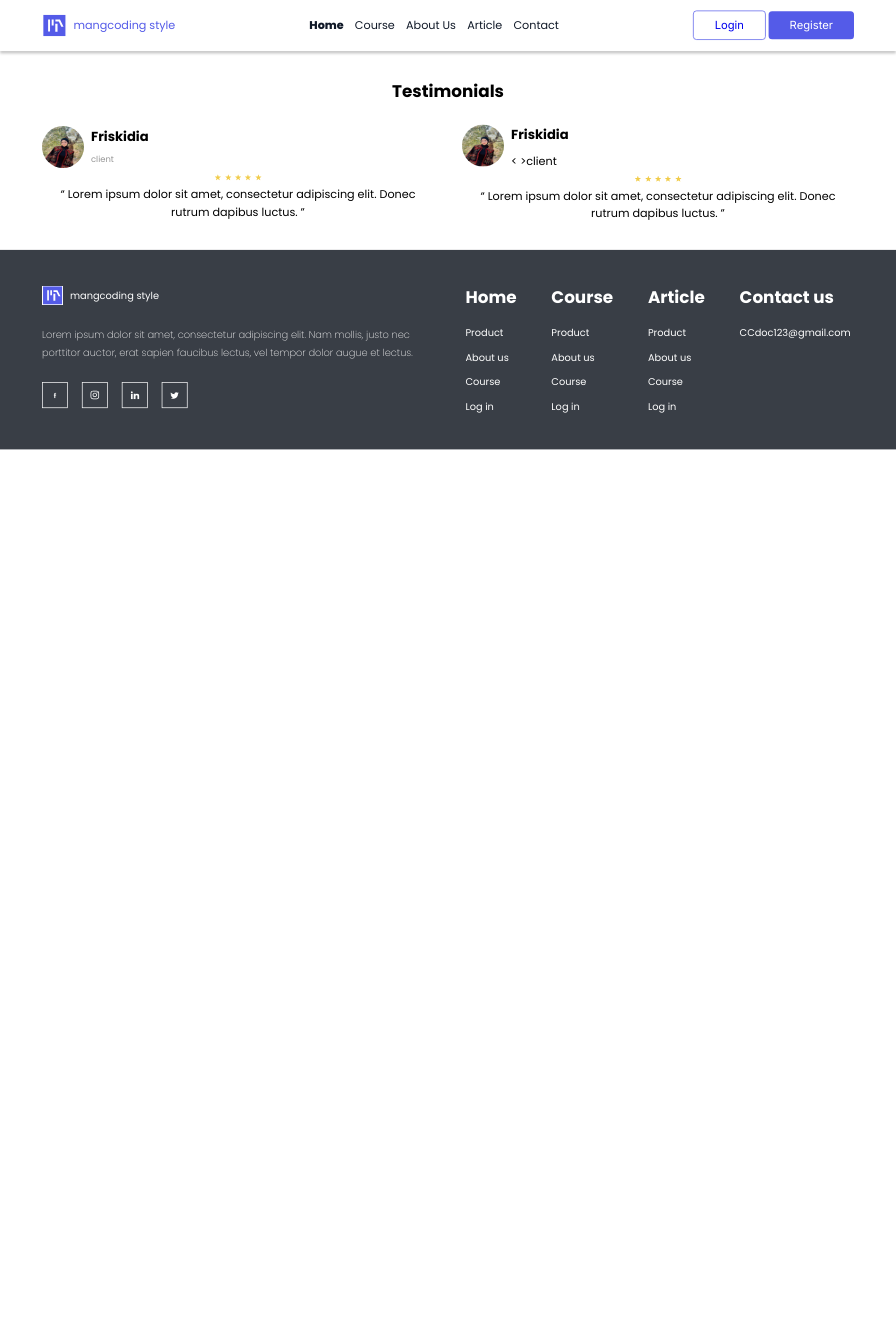
Repository: Dania-Alqam/landing-page
Page: index.html
These files come from the project's save history. The page is drawn as it stood at one moment and after the next save; the edit follows.
The browser window is 1280 px wide. The pictures show the part of the page from y = 0 to 1920 px (the page is 5000 px tall), at 70% of full size.

Above is the page before, as saved 2024-06-22 13:30:32.

After the next save:
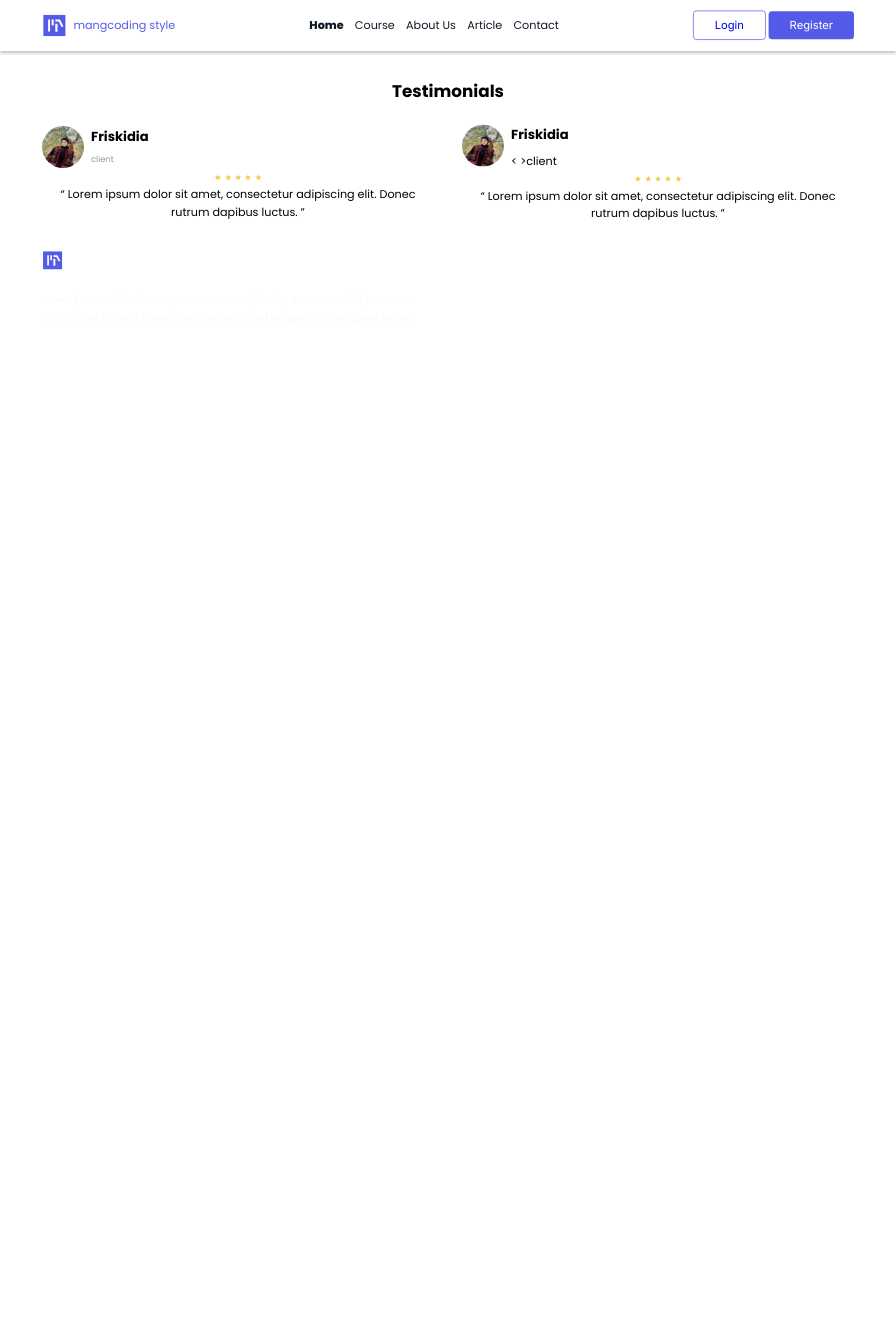
Saved 51 s later.
--- a/assests/css/main.css
+++ b/assests/css/main.css
@@ -97,6 +97,8 @@
     font-size: 12px;
     color: #969696;
 }
+
+testimonial
 /* start footer */
 .footer {
   background-color: #393e46;

After the 3 saves that followed:
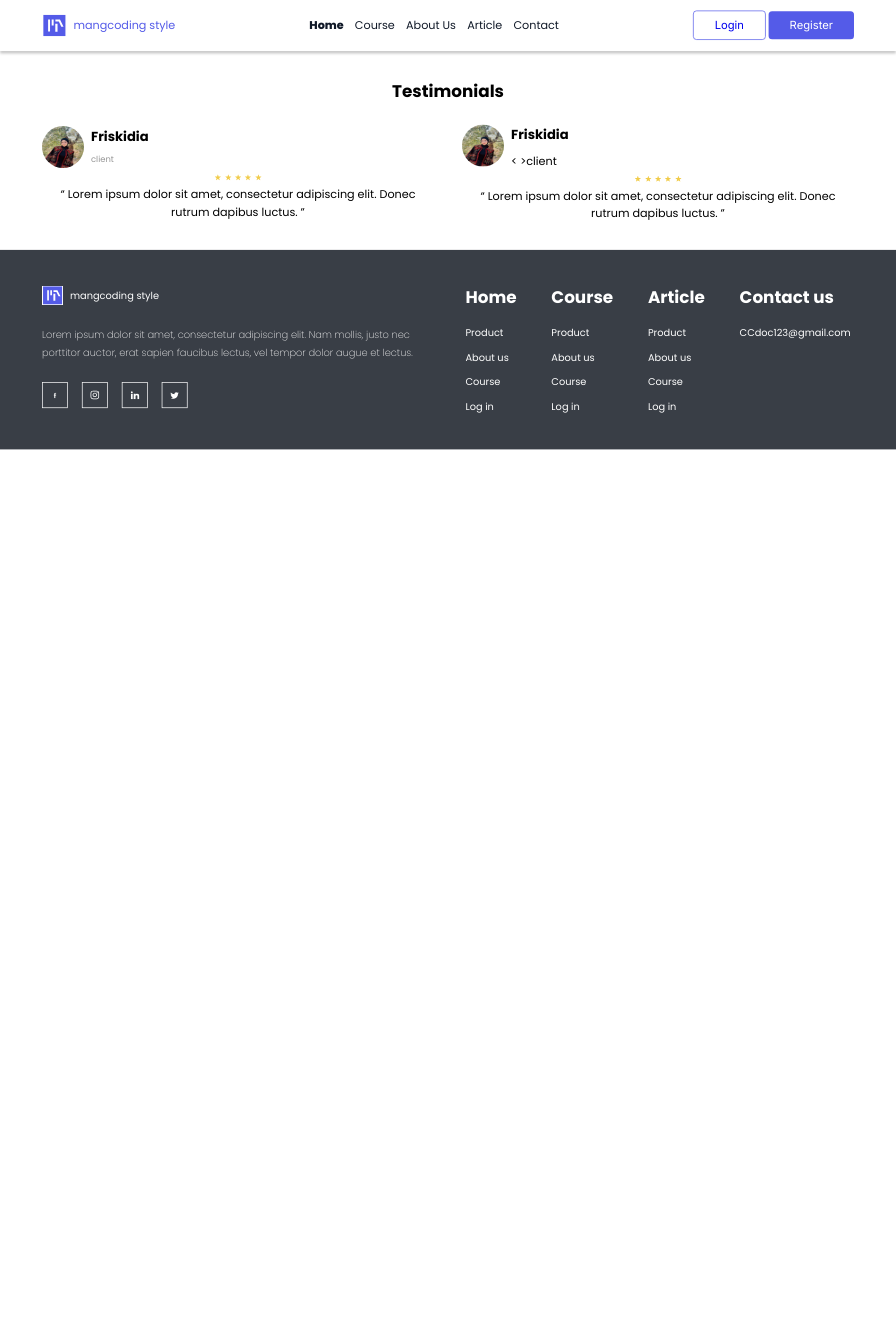
The 3 saves are shown as one change because 1 left the picture as it was and some came seconds apart.
The last was saved 20 s later.
--- a/assests/css/main.css
+++ b/assests/css/main.css
@@ -98,7 +98,9 @@
     color: #969696;
 }
 
-testimonial
+.testimonial .ratings{
+
+}
 /* start footer */
 .footer {
   background-color: #393e46;
